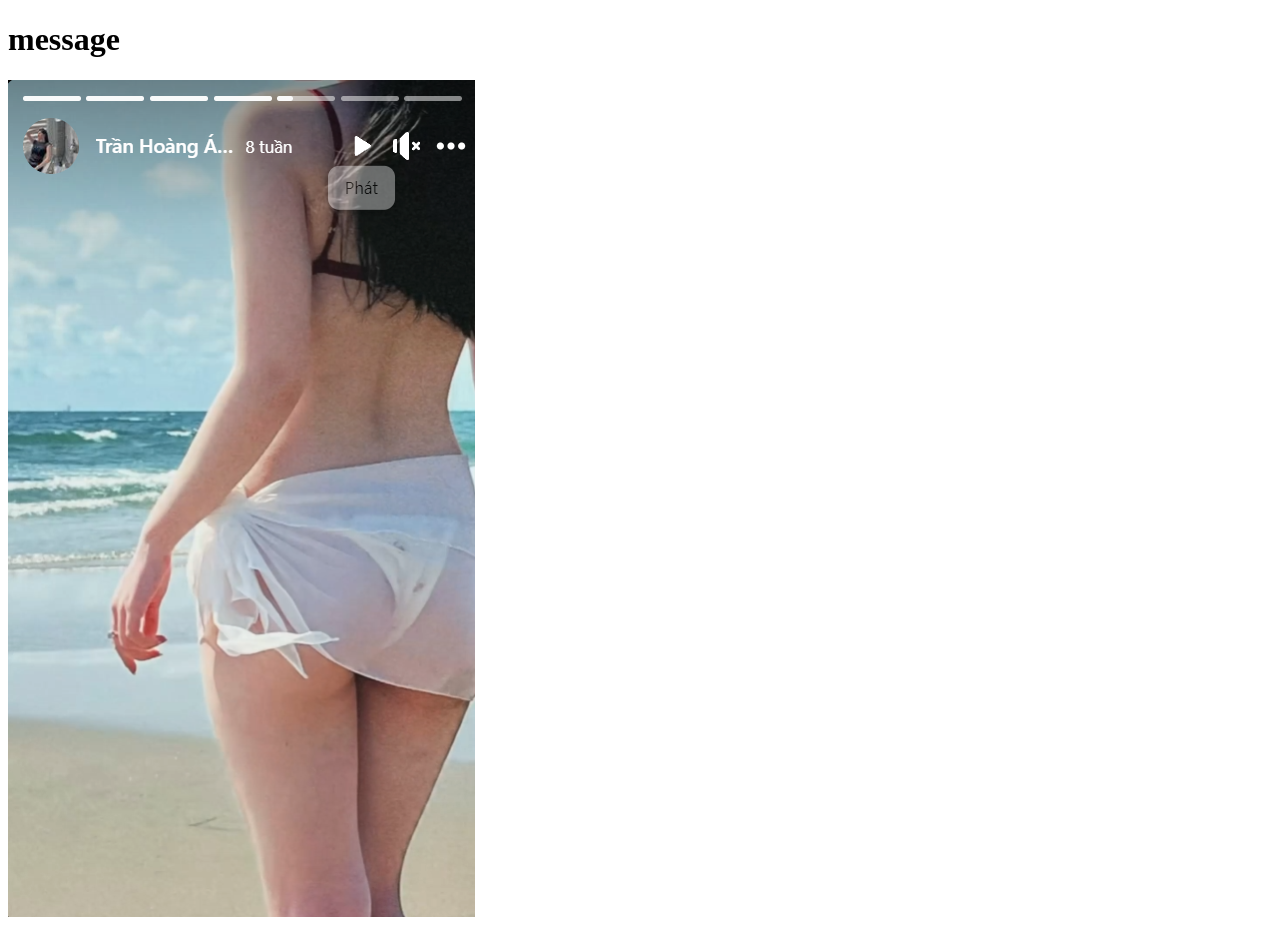
Repository: HT-35/Project-NodeJs-HoiDanIT
Page: http://localhost/
These files come from the project's save history. The page is drawn as it stood at one moment and after the next save; the edit follows.
The browser window is 1280 px wide. The pictures show the whole page.
The page is served by the project's Node server (index.js).

Above is the page before, as saved 2023-08-19 21:08:20.

After the next save:
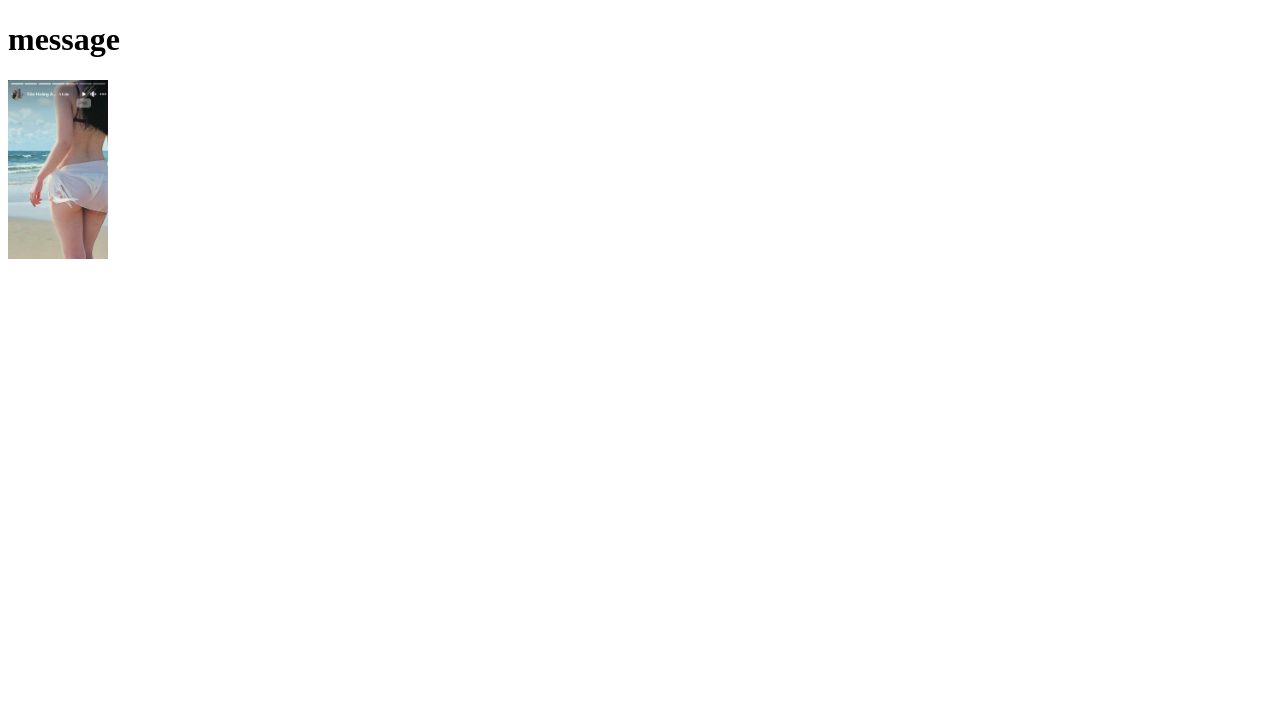
Saved 80 s later.
--- a/src/views/index.ejs
+++ b/src/views/index.ejs
@@ -5,6 +5,7 @@
     <meta charset="UTF-8">
     <meta name="viewport" content="width=device-width, initial-scale=1.0">
     <title>Document</title>
+    <link rel="stylesheet" href="../public/css//style.css">
 </head>
 
 <body>

After the save that followed:
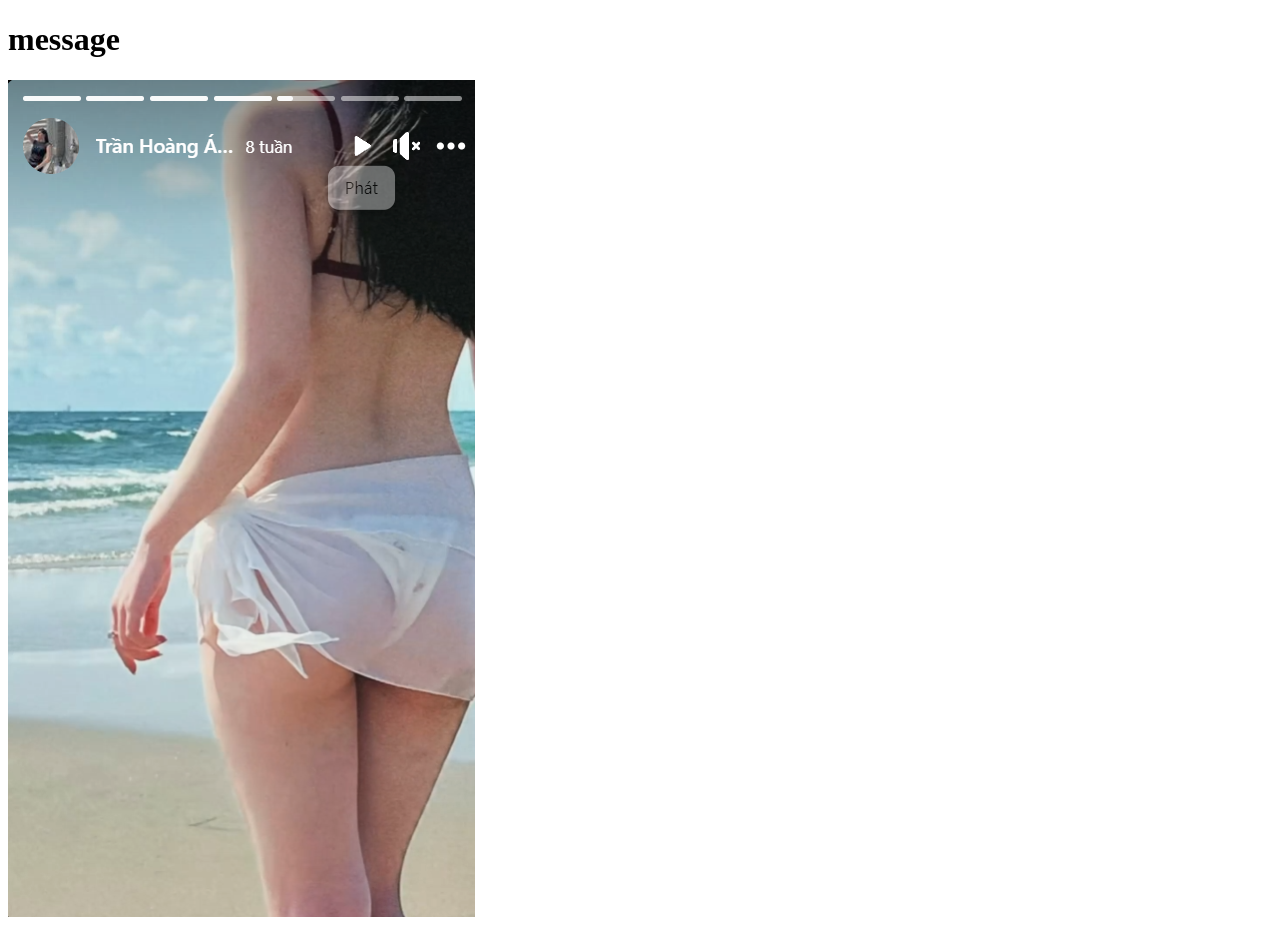
Saved 23 s later.
--- a/src/views/index.ejs
+++ b/src/views/index.ejs
@@ -5,7 +5,7 @@
     <meta charset="UTF-8">
     <meta name="viewport" content="width=device-width, initial-scale=1.0">
     <title>Document</title>
-    <link rel="stylesheet" href="../public/css//style.css">
+    <!-- <link rel="stylesheet" href="../public/css//style.css"> -->
 </head>
 
 <body>
